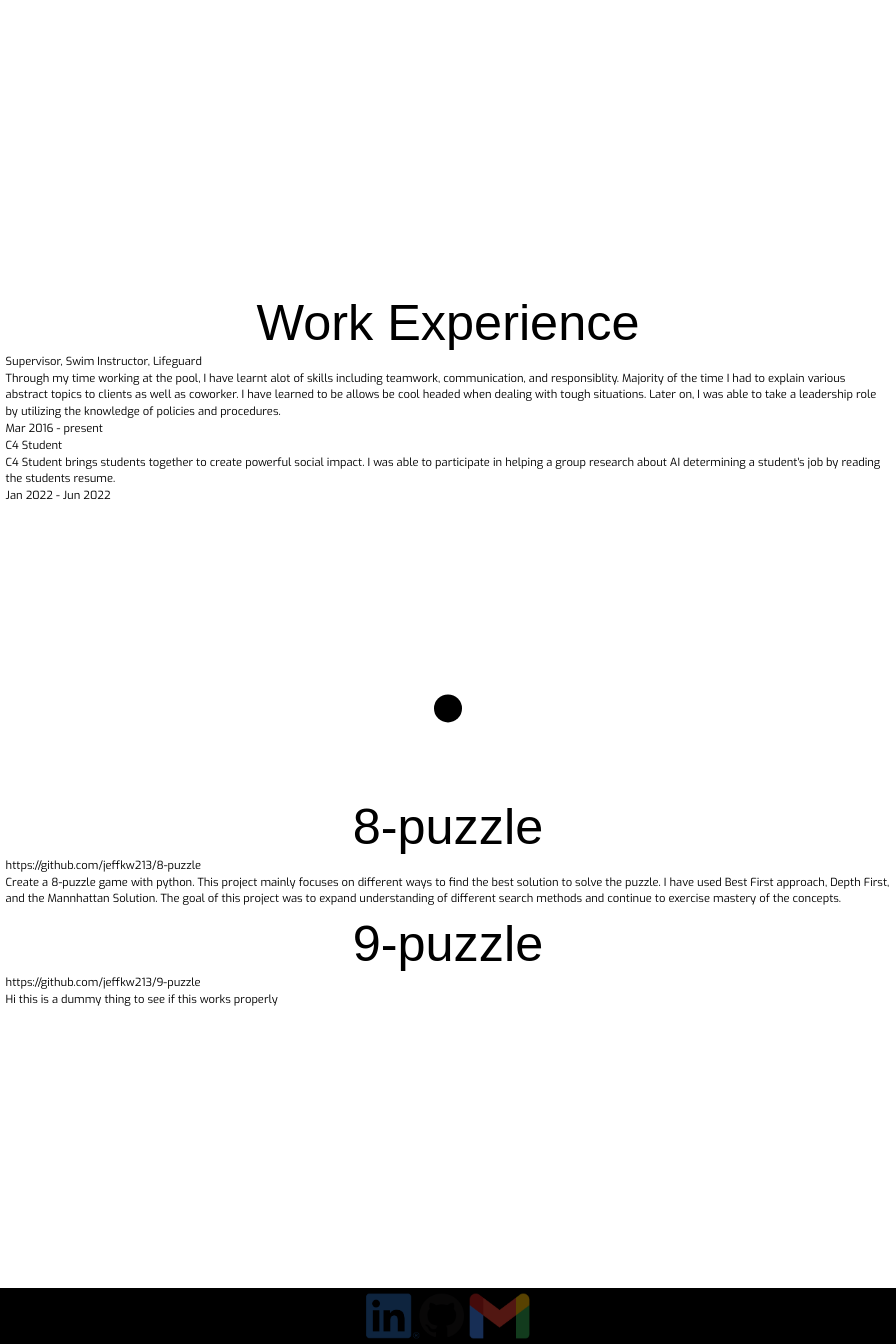
Repository: Jeffkw213/profile_website
Page: /
The author's editor kept a copy of each file at every save. The page is drawn from the files as they stood at one save, then again after the next save.
The browser window is 1280 px wide. The pictures show the part of the page from y = 1040 to 2960 px (the page is 2960 px tall), at 70% of full size.
Some web fonts or font styles are not loaded; a fallback is used. The project was rebuilt for these pictures with package versions that can differ from the ones it lists, and the page was loaded fresh each time. Also part of the build but not shown: vite.config.js.

Above is the page before, as saved 2022-09-30 15:49:00.

After the next save:
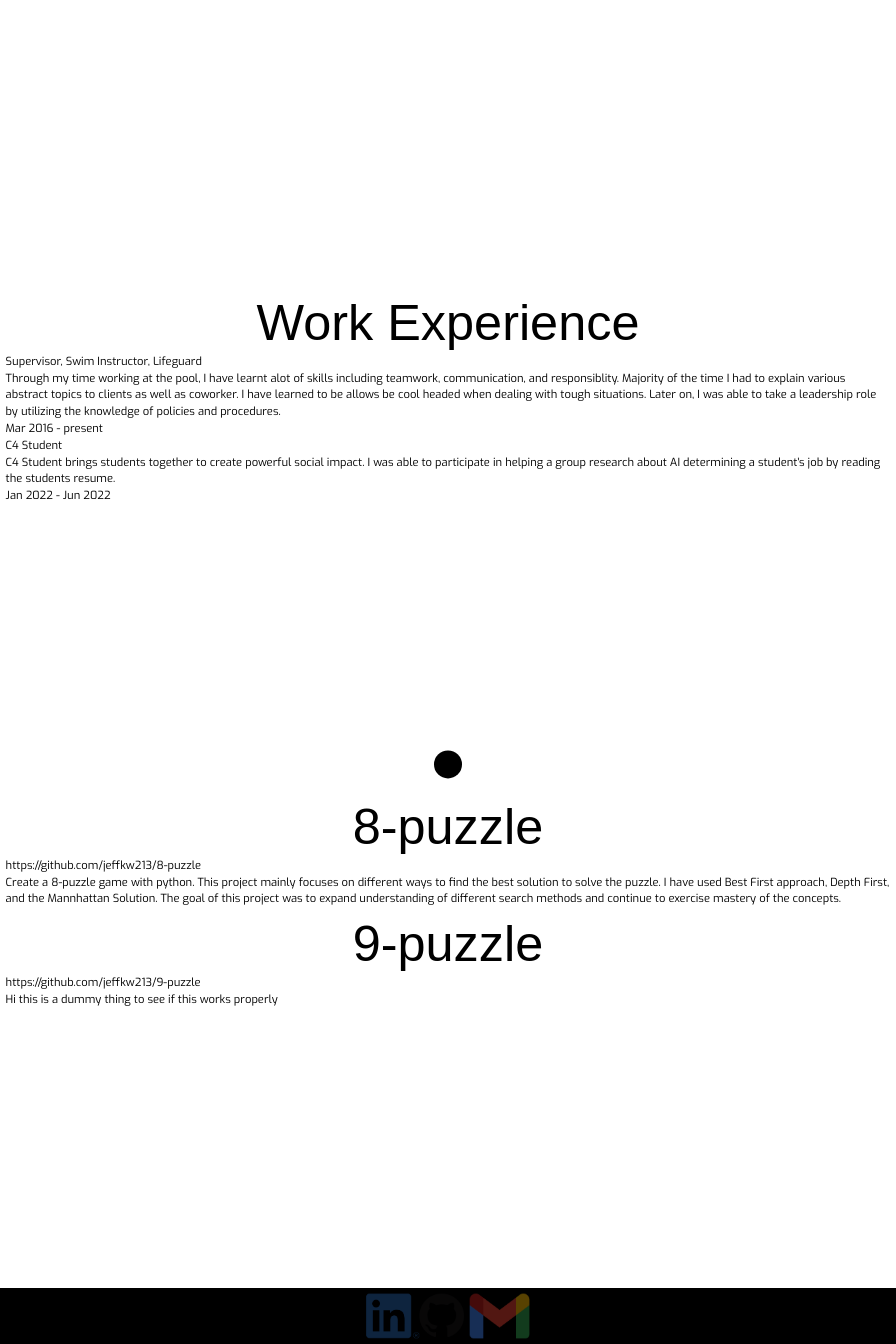
Saved 8 s later.
--- a/src/components/Work.jsx
+++ b/src/components/Work.jsx
@@ -11,7 +11,7 @@ export default function Work({ employ }) {
           </div>
         );
       })}
-            <div className="m-20 bg-black mt-auto h-10 w-10 rounded-full"></div>
+            <div className="m-25 bg-black mt-auto h-10 w-10 rounded-full"></div>
 
     </div>
   );
